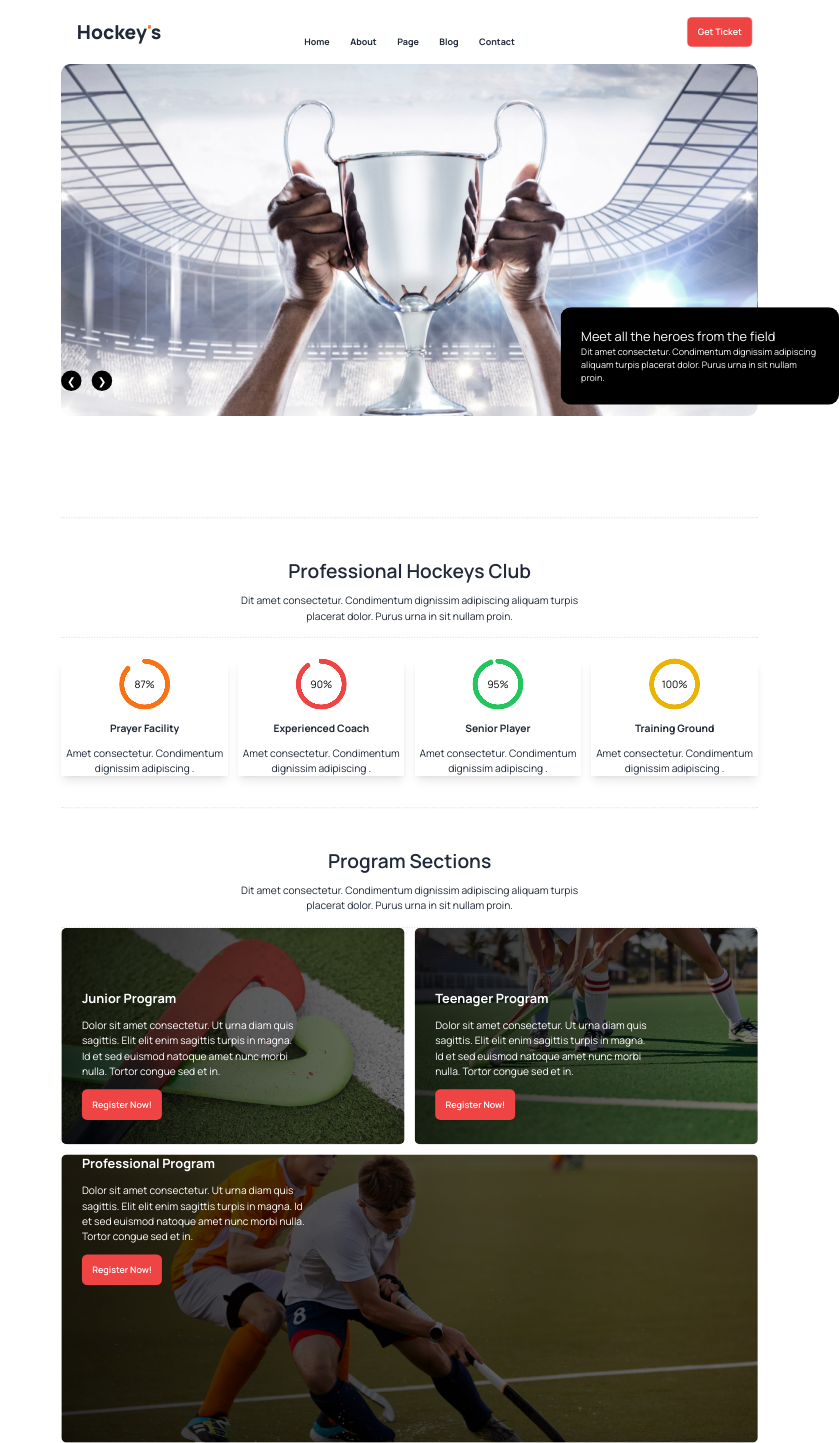
Repository: RudrasahaDibos/Hockey-
Page: index.html
These files come from the project's save history. The page is drawn as it stood at one moment and after the next save; the edit follows.
The browser window is 1280 px wide. The page is 1311 px wide, so the pictures cover 1311 px, including what lies to the right of the window. The pictures show the whole page, at 64% of full size.
Some web libraries are served in a nearby version.

Above is the page before, as saved 2024-10-23 22:45:33.

### index.html
<!DOCTYPE html>
<html lang="en">
<head>
    <meta charset="UTF-8">
    <meta name="viewport" content="width=device-width, initial-scale=1.0">
    <title>Hockeys</title>
    <!-- Tailwinds css -->
    <link href="https://cdn.jsdelivr.net/npm/daisyui@4.12.13/dist/full.min.css" rel="stylesheet" type="text/css" />
    <script src="https://cdn.tailwindcss.com"></script>
    <!-- Font asome -->
    <link rel="stylesheet" href="https://cdnjs.cloudflare.com/ajax/libs/font-awesome/6.6.0/css/all.min.css" integrity="sha512-Kc323vGBEqzTmouAECnVceyQqyqdsSiqLQISBL29aUW4U/M7pSPA/gEUZQqv1cwx4OnYxTxve5UMg5GT6L4JJg==" crossorigin="anonymous" referrerpolicy="no-referrer" />
   <!-- tailwind custom css -->
   <script>
    tailwind.config = {
      theme: {
        extend: {
          colors: {
            clifford: '#da373d',
          }
        }
      }
    }
  </script>
  <!-- google Font  -->
  <link rel="preconnect" href="https://fonts.googleapis.com">
  <link rel="preconnect" href="https://fonts.gstatic.com" crossorigin>
  <link href="https://fonts.googleapis.com/css2?family=Manrope:wght@200..800&display=swap" rel="stylesheet">

  <style>
.manrope {
  font-family: "Manrope", serif;
}
  </style>

</head>
<body class="manrope">
    <!-- header section start here -->
       <header class="container mx-auto lg:px-24 px-8">
                 <!-- navber start here -->
                     <nav>
                        <div class="navbar bg-base-100">
                            <div class="navbar-start">
                              <div class="dropdown">
                                <div tabindex="0" role="button" class="  lg:hidden">
                                  <svg
                                    xmlns="http://www.w3.org/2000/svg"
                                    class="h-5 w-5"
                                    fill="none"
                                    viewBox="0 0 24 24"
                                    stroke="currentColor">
                                    <path
                                      stroke-linecap="round"
                                      stroke-linejoin="round"
                                      stroke-width="2"
                                      d="M4 6h16M4 12h8m-8 6h16" />
                                  </svg>
                                </div>
                                <ul
                                  tabindex="0"
                                  class="menu menu-sm dropdown-content bg-base-100 rounded-box z-[1] mt-3 w-52 p-2 shadow">

                                    <li><a>Home</a></li>
                                    <li><a>About</a></li>
                                    <li><a>Page</a></li>
                                    <li><a>Blog</a></li>
                                    <li><a>Contact</a></li>

                                </ul>
                              </div>

                              <a class=" ml-4  text-2xl lg:text-3xl font-extrabold ">Hockey<span class="text-orange-500">'</span>s</a>

                            </div>
                            <div class="navbar-center hidden lg:flex">
                              <ul class="menu menu-horizontal px-1 mt-8">
                                <li class="hover:text-orange-500 font-bold"><a>Home</a></li>
                                <li  class="hover:text-orange-500 font-bold"><a>About</a></li>
                                <li  class="hover:text-orange-500 font-bold"><a>Page</a></li>
                                <li  class="hover:text-orange-500 font-bold"><a>Blog</a></li>
                                <li  class="hover:text-orange-500 font-bold"><a>Contact</a></li>
                              </ul>
                            </div>
                            <div class="navbar-end  lg:ml-0 ml-20">

                              <a class="btn bg-red-500 text-white  ">Get Ticket</a>
                            </div>
                          </div>
                     </nav>
                 <!-- navber end here -->

                  <!-- banner start here -->
                     <div>
                      <div class="carousel w-full">
                        <div id="slide1" class="carousel-item relative w-full ">
                          <img
                            src="Images/1.png"
                            class="w-full lg:h-[550px] " />
                          <div class="absolute lg:left-0 lg:right-0 lg:top-[90%] left-[90px] top-[80%] flex -translate-y-1/2 transform gap-4">
                            <div class=" h-8 w-8 rounded-full bg-black text-white flex justify-center items-center ">
                              <a href="#slide4" class="lg:btn lg:btn-circle">❮</a>
                            </div>
                            <div class="h-8 w-8 rounded-full bg-black text-white flex justify-center items-center">
                              <a href="#slide2" class="lg:btn lg:btn-circle ">❯</a>
                            </div>
                          </div>
                        </div>
                        <div id="slide2" class="carousel-item relative w-full">
                          <img
                            src="Images/2.png"
                            class="w-full lg:h-[550px]" />
                            <div class="absolute lg:left-0 lg:right-0 lg:top-[90%] left-[90px] top-[80%] flex -translate-y-1/2 transform gap-4">
                              <div class=" h-8 w-8 rounded-full bg-black text-white flex justify-center items-center ">
                                <a href="#slide1" class="lg:btn lg:btn-circle">❮</a>
                              </div>
                              <div class="h-8 w-8 rounded-full bg-black text-white flex justify-center items-center">
                                <a href="#slide3" class="lg:btn lg:btn-circle ">❯</a>
                              </div>
                            </div>
                        </div>
                        <div id="slide3" class="carousel-item relative w-full">
                          <img
                            src="Images/3.png"
                            class="w-full lg:h-[550px]" />
                            <div class="absolute lg:left-0 lg:right-0 lg:top-[90%] left-[90px] top-[80%] flex -translate-y-1/2 transform gap-4">
                              <div class=" h-8 w-8 rounded-full bg-black text-white flex justify-center items-center ">
                                <a href="#slide2" class="lg:btn lg:btn-circle">❮</a>
                              </div>
                              <div class="h-8 w-8 rounded-full bg-black text-white flex justify-center items-center">
                                <a href="#slide4" class="lg:btn lg:btn-circle ">❯</a>
                              </div>
                            </div>
                        </div>
                        <div id="slide4" class="carousel-item relative w-full">
                          <img
                            src="Images/4.png"
                            class="w-full lg:h-[550px]" />
                            <div class="absolute lg:left-0 lg:right-0 lg:top-[90%] left-[90px] top-[80%] flex -translate-y-1/2 transform gap-4">
                              <div class=" h-8 w-8 rounded-full bg-black text-white flex justify-center items-center ">
                                <a href="#slide3" class="lg:btn lg:btn-circle">❮</a>
                              </div>
                              <div class="h-8 w-8 rounded-full bg-black text-white flex justify-center items-center">
                                <a href="#slide1" class="lg:btn lg:btn-circle ">❯</a>
                              </div>
                            </div>
                        </div>
                      </div>

                        <!-- meet all hero  -->
                        <div class=" card bg-black  p-2 lg:p-8  lg:w-2/5 lg:-translate-y-44 lg:left-[780px]">
                          <div class="">
                            <h2 class="lg:text-xl bold text-white">Meet all the heroes from the field</h2>
                            <p class="text-sm text-white">Dit amet consectetur. Condimentum dignissim adipiscing aliquam   turpis placerat dolor. Purus urna in sit nullam proin. </p>

                          </div>
                        </div>
                      <!-- meet hero ebds -->


                     </div>


                   <!-- banner end here -->
       </header>
       <!-- Header section End here -->

       <!-- Main secetion start here  -->
        <main>
                      <!-- Professional Hockeys Club start here -->
                         <section class=" container mx-auto lg:px-24 px-8 lg:mt-0  mt-5  ">
                                 <div class="text-center space-y-4 border-dotted border-t-2 border-b-2  border-separate h-[189px] lg:pt-16">
                                     <h1 class=" text-xl lg:text-3xl font-semibold">Professional Hockeys Club</h1>
                                     <p class="lg:w-[50%] lg:mx-auto">Dit amet consectetur. Condimentum dignissim adipiscing aliquam turpis placerat dolor. Purus urna in sit nullam proin. </p>
                                 </div>
                                  <div class="mt-8">
                                        <div class="grid grid-cols-1 md:gird-cols-2 lg:grid-cols-4 gap-4 ">
                                                <div class=" h-50 shadow-lg space-y-4 flex flex-col justify-center items-center">
                                                  <div class="radial-progress text-orange-500  " style="--value:87;" role="progressbar"><span class="text-black"> 87%</span></div>
                                                    <h3 class="font-bold">Prayer Facility</h3>
                                                    <p class="text-center">Amet consectetur. Condimentum dignissim adipiscing .</p>
                                                </div>
                                                <div class=" h-50 shadow-lg space-y-4 flex flex-col justify-center items-center">
                                                  <div class="radial-progress text-red-500  " style="--value:90;" role="progressbar"><span class="text-black"> 90%</span></div>
                                                    <h3 class="font-bold">Experienced Coach</h3>
                                                    <p class="text-center">Amet consectetur. Condimentum dignissim adipiscing .</p>
                                                </div>
                                                <div class=" h-50  shadow-lg space-y-4 flex flex-col justify-center items-center">
                                                  <div class="radial-progress text-green-500  " style="--value:95;" role="progressbar"><span class="text-black"> 95%</span></div>
                                                    <h3 class="font-bold">Senior Player</h3>
                                                    <p class="text-center">Amet consectetur. Condimentum dignissim adipiscing .</p>
                                                </div>
                                                <div class=" h-50 shadow-lg space-y-4 flex flex-col justify-center items-center">
                                                  <div class="radial-progress text-yellow-500  " style="--value:100;" role="progressbar"><span class="text-black"> 100%</span></div>
                                                    <h3 class="font-bold">Training Ground</h3>
                                                    <p class="text-center">Amet consectetur. Condimentum dignissim adipiscing .</p>
                                                </div>
                                        </div>
                                  </div>

                         </section>
                       <!-- Professional Hockeys Club end here -->


                       <!-- Program Sections start here -->
                            <section class="container mx-auto lg:px-24 px-8 mt-12 ">
                              <div class="text-center space-y-4 border-dotted border-t-2 border-b-2  border-separate h-[189px] lg:pt-16">
                                <h1 class=" text-xl lg:text-3xl font-semibold">Program Sections</h1>
                                <p class="lg:w-[50%] lg:mx-auto">Dit amet consectetur. Condimentum dignissim adipiscing aliquam turpis placerat dolor. Purus urna in sit nullam proin. </p>
                            </div>
                               <div>
                                <div class="grid  grid-cols-1 lg:grid-cols-2 gap-4">

                                  <div class=" relative bg-no-repeat rounded-lg  bg-center bg-cover  w-full bg-[linear-gradient(90deg,rgb(0,0,0,0.8),rgb(0,0,0,0.5)),url(./images/2.png)] h-[244px] lg:h-[338px]">

                                   <div class="text-start lg:pt-24 space-y-2 lg:space-y-4 pl-8">
                                    <h2 class="text-white text-xl font-bold">Junior Program</h2>
                                    <p class="text-white w-2/3">Dolor sit amet consectetur. Ut urna diam quis sagittis. Elit elit
                                      enim sagittis turpis in magna. Id et sed euismod natoque amet nunc morbi nulla. Tortor congue sed et in.</p>
                                     <button class="btn bg-red-500 border-none text-white">Register Now!</button>
                                   </div>
                                 </div>

                                  <div class="relative  bg-no-repeat rounded-lg  bg-center bg-cover  w-full bg-[linear-gradient(90deg,rgb(0,0,0,0.8),rgb(0,0,0,0.5)),url(./images/3.png)] h-[244px] lg:h-[338px]">
                                    <div class="text-start lg:pt-24 space-y-2 lg:space-y-4 pl-8">
                                      <h2 class="text-white text-xl font-bold">Teenager Program</h2>
                                      <p class="text-white w-2/3">Dolor sit amet consectetur. Ut urna diam quis sagittis. Elit elit
                                        enim sagittis turpis in magna. Id et sed euismod natoque amet nunc morbi nulla. Tortor congue sed et in.</p>
                                       <button class="btn bg-red-500 border-none text-white">Register Now!</button>
                                     </div>
                                  </div>
                                  <div class=" lg:col-span-2 relative  rounded-lg  bg-center bg-cover w-full bg-[linear-gradient(90deg,rgb(0,0,0,0.8),rgb(0,0,0,0.5)),url(./images/4.png)] h-[244px] lg:h-[450px]">
                                    <div class="text-start lg:pt- space-y-2 lg:space-y-4 pl-8">
                                      <h2 class="text-white text-xl font-bold">Professional Program</h2>
                                      <p class="text-white w-1/3">Dolor sit amet consectetur. Ut urna diam quis sagittis. Elit elit
                                        enim sagittis turpis in magna. Id et sed euismod natoque amet nunc morbi nulla. Tortor congue sed et in.</p>
                                       <button class="btn bg-red-500 border-none text-white">Register Now!</button>
                                     </div>
                                  </div>
                                </div>
                               </div>
                            </section>

                       <!-- Program Sections end here -->
        </main>
        <!-- main section end here -->

</body>
</html>

After the next save:
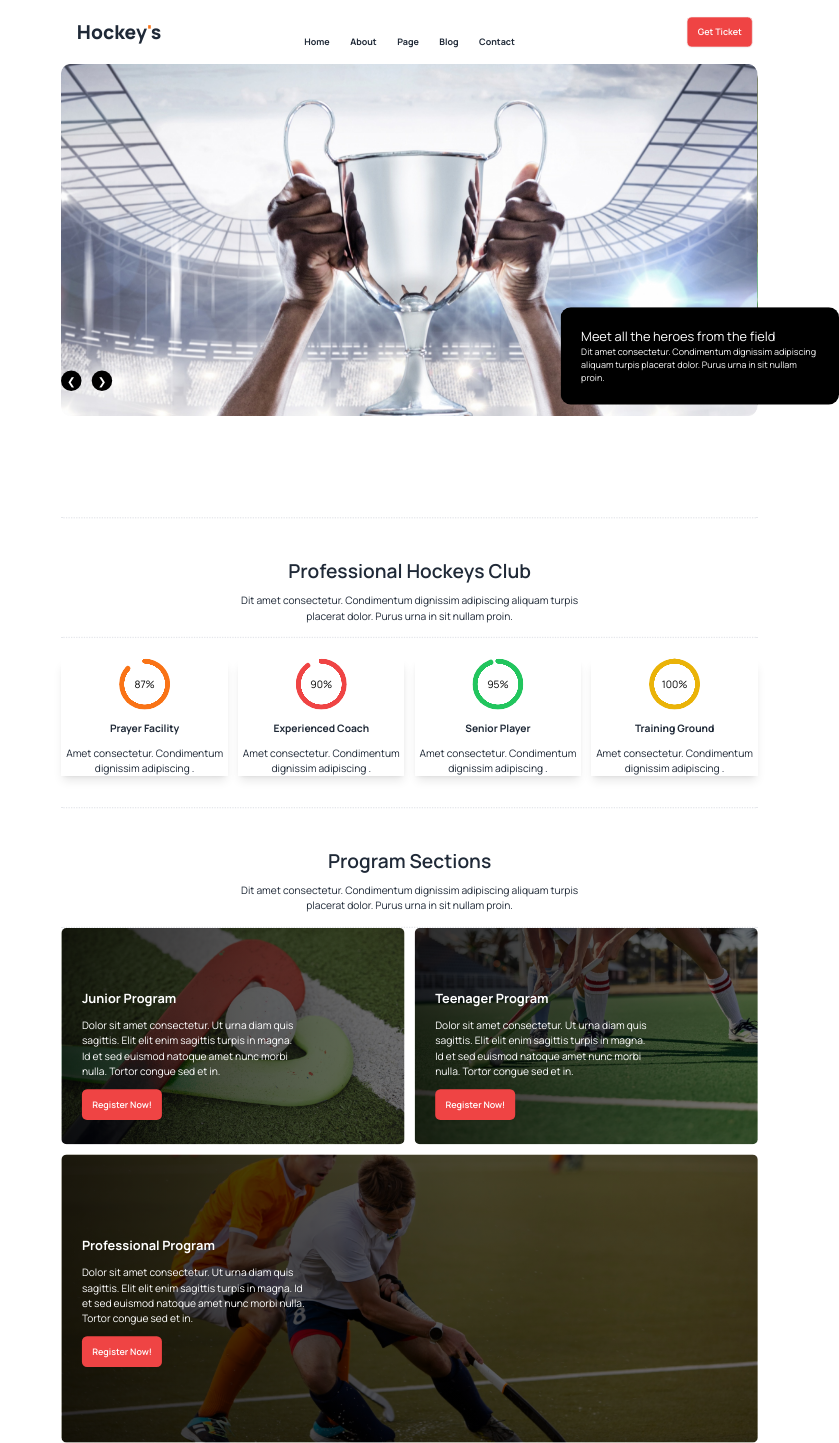
Saved 5 s later.
--- a/index.html
+++ b/index.html
@@ -228,7 +228,7 @@
                                      </div>
                                   </div>
                                   <div class=" lg:col-span-2 relative  rounded-lg  bg-center bg-cover w-full bg-[linear-gradient(90deg,rgb(0,0,0,0.8),rgb(0,0,0,0.5)),url(./images/4.png)] h-[244px] lg:h-[450px]">
-                                    <div class="text-start lg:pt- space-y-2 lg:space-y-4 pl-8">
+                                    <div class="text-start lg:pt-32 space-y-2 lg:space-y-4 pl-8">
                                       <h2 class="text-white text-xl font-bold">Professional Program</h2>
                                       <p class="text-white w-1/3">Dolor sit amet consectetur. Ut urna diam quis sagittis. Elit elit
                                         enim sagittis turpis in magna. Id et sed euismod natoque amet nunc morbi nulla. Tortor congue sed et in.</p>

After the save that followed:
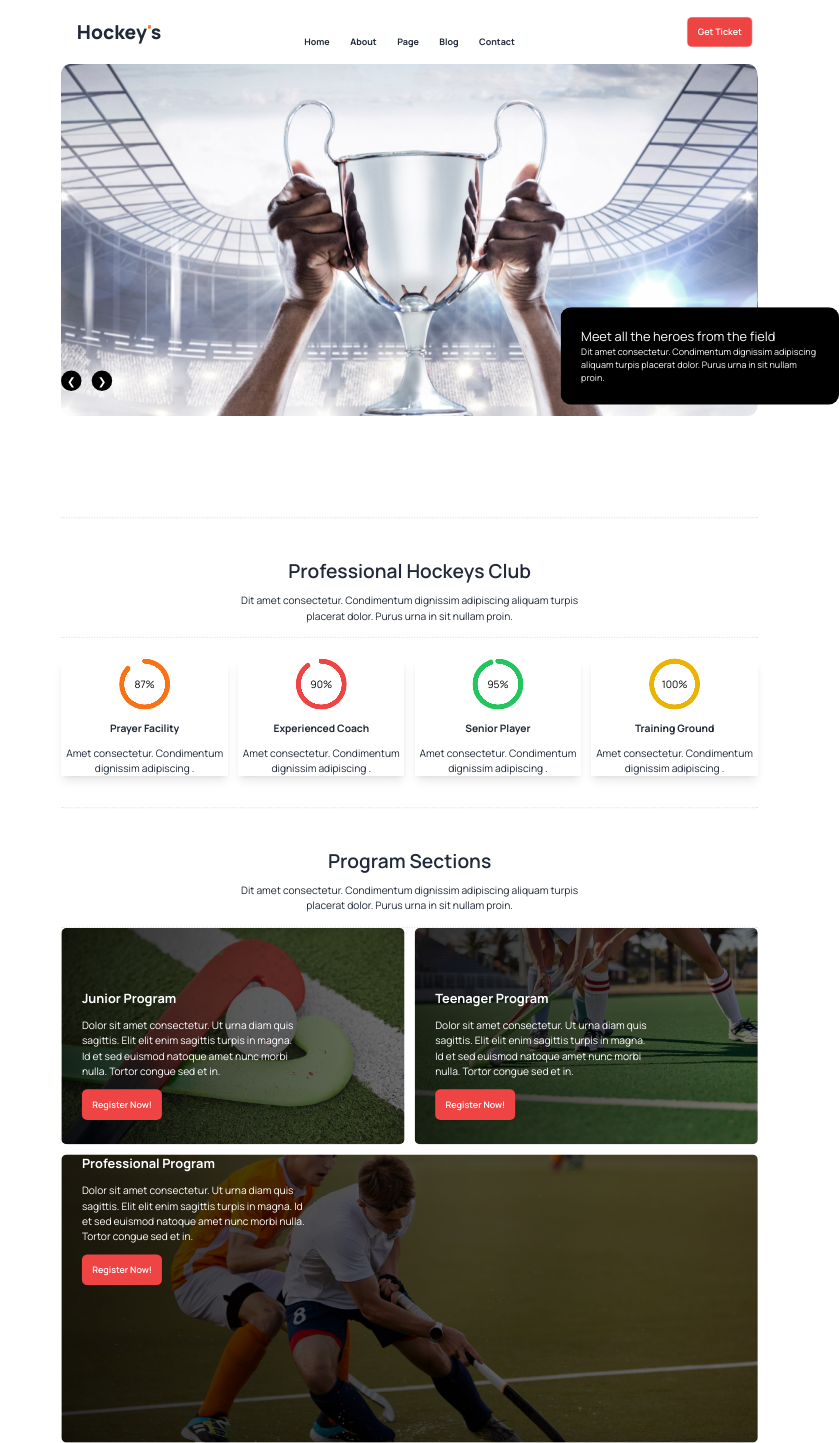
Saved 31 s later.
--- a/index.html
+++ b/index.html
@@ -228,7 +228,7 @@
                                      </div>
                                   </div>
                                   <div class=" lg:col-span-2 relative  rounded-lg  bg-center bg-cover w-full bg-[linear-gradient(90deg,rgb(0,0,0,0.8),rgb(0,0,0,0.5)),url(./images/4.png)] h-[244px] lg:h-[450px]">
-                                    <div class="text-start lg:pt-32 space-y-2 lg:space-y-4 pl-8">
+                                    <div class="text-start  space-y-2 lg:space-y-4 pl-8">
                                       <h2 class="text-white text-xl font-bold">Professional Program</h2>
                                       <p class="text-white w-1/3">Dolor sit amet consectetur. Ut urna diam quis sagittis. Elit elit
                                         enim sagittis turpis in magna. Id et sed euismod natoque amet nunc morbi nulla. Tortor congue sed et in.</p>
